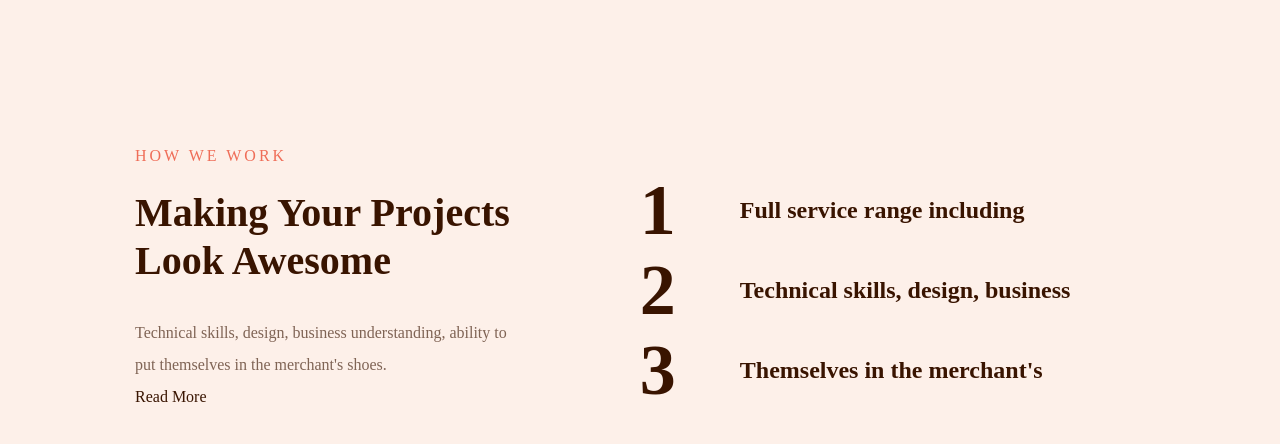
Repository: kubrazamanova/Project-3
Page: index.html
An editor plug-in stored every save of this project. The page is shown before and after the next save, followed by the edit.
The browser window is 1280 px wide. The pictures show the whole page.

Above is the page before, as saved 2023-09-13 19:25:02.

After the next save:
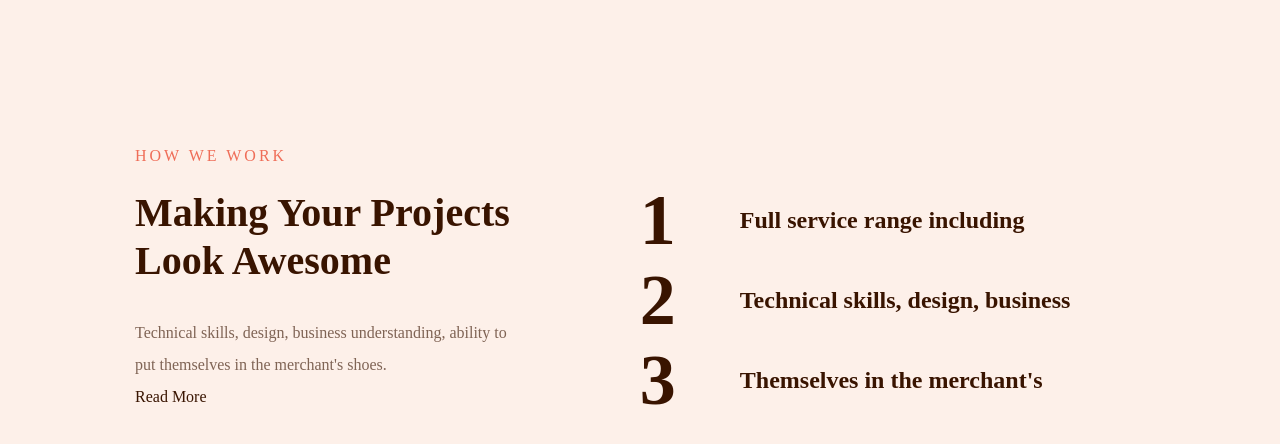
Saved 12 s later.
--- a/index.css
+++ b/index.css
@@ -57,7 +57,7 @@
 
 .container ul{
   margin-left: 130px;
-  margin-top: 30px;
+  margin-top: 40px;
 }
 .container ul li {
   display: flex;
